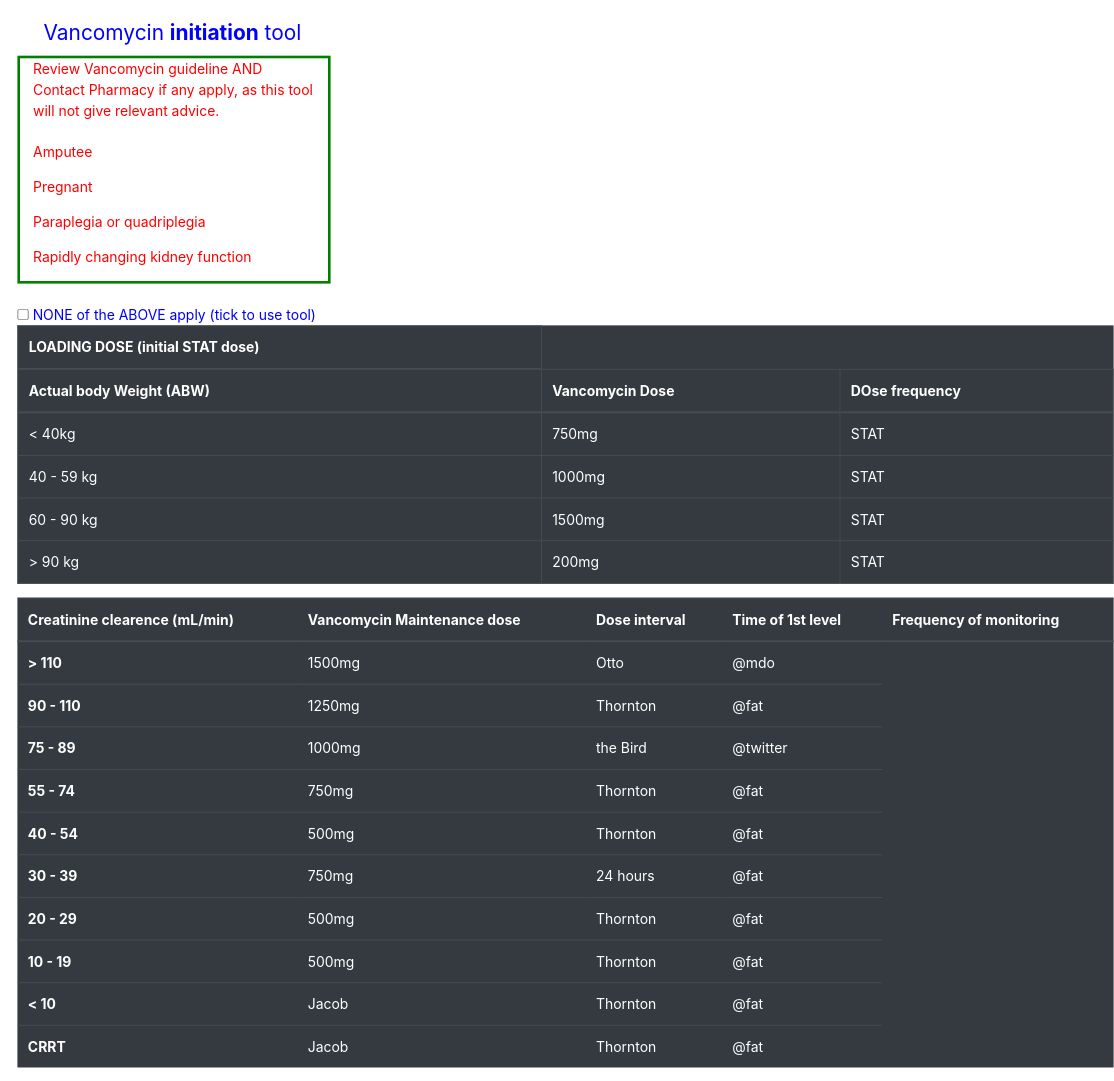
Repository: Mismiles/project-clinical-calculator
Page: index.html
The author's editor kept a record of every edit. The page is drawn from the files as they stood at one moment, then again after the next edit.
The browser window is 1280 px wide. The pictures show the whole page, at 87% of full size.

Above is the page before.

After the next edit:
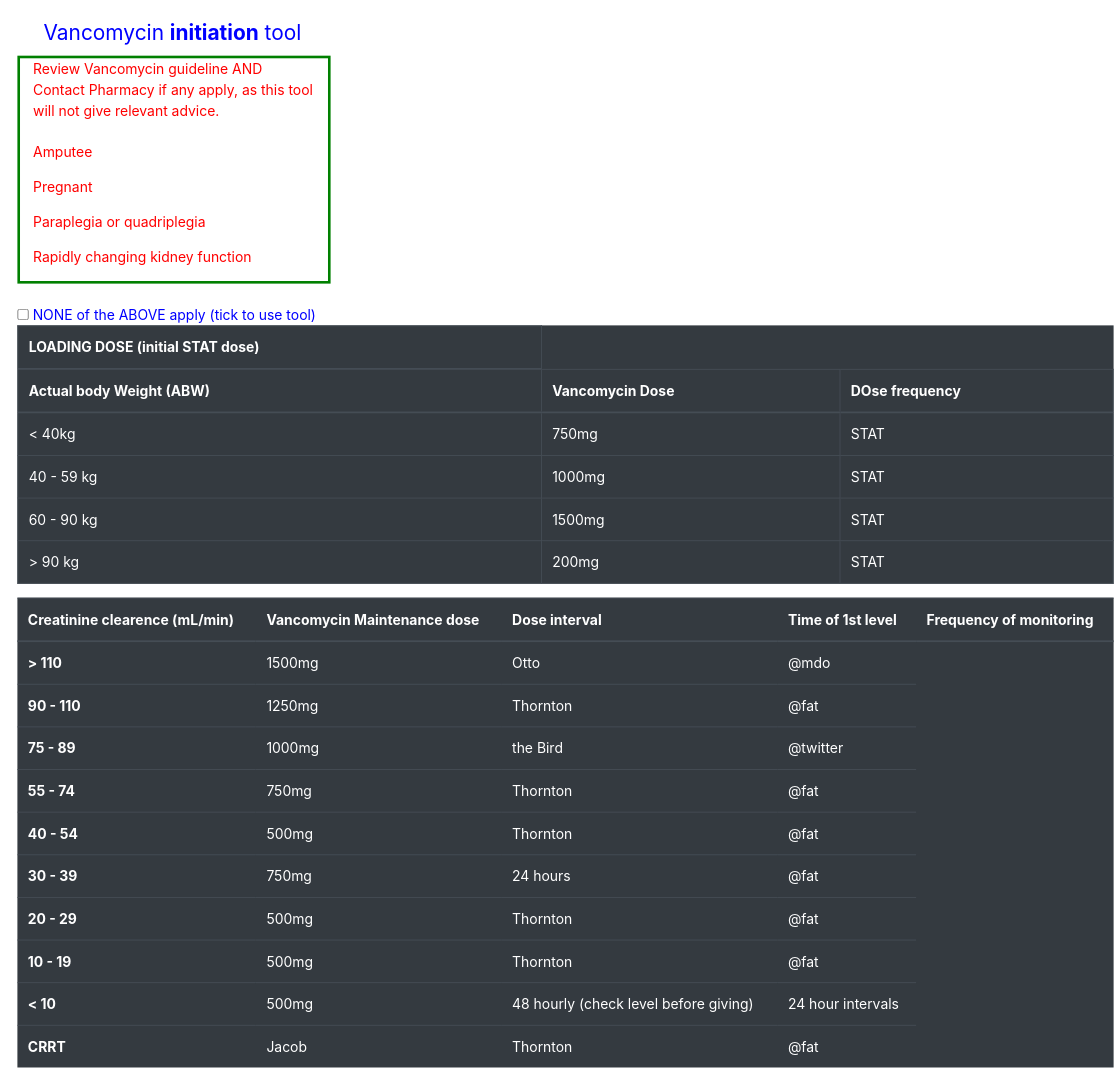
The edit:
--- a/index.html
+++ b/index.html
@@ -257,9 +257,9 @@
     </tr>
     <tr>
       <th>< 10</th>
-      <td>Jacob</td>
-      <td>Thornton</td>
-      <td>@fat</td>
+      <td>500mg</td>
+      <td>48 hourly (check level before giving)</td>
+      <td>24 hour intervals</td>
     </tr>
     <tr>
       <th>CRRT</th>
